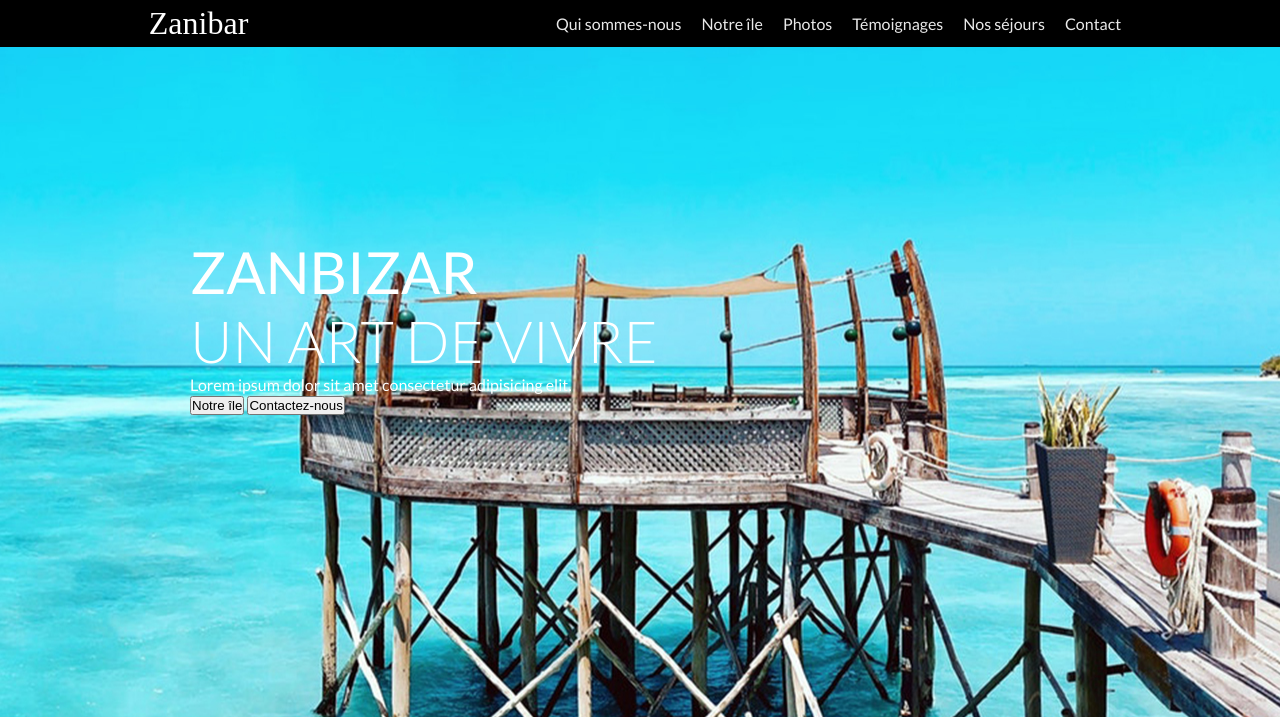
Repository: ypiard85/zanzibar
Page: index.html
These files come from the project's save history. The page is drawn as it stood at one moment and after the next save; the edit follows.
The browser window is 1280 px wide. The pictures show the whole page.
Some web fonts or font styles are not loaded; a fallback is used.

Above is the page before, as saved 2021-02-23 15:11:20.

### index.html
<!DOCTYPE html>
<html lang="en">
<head>
    <meta charset="UTF-8">
    <meta http-equiv="X-UA-Compatible" content="IE=edge">
    <meta name="viewport" content="width=device-width, initial-scale=1.0">
    <link rel="stylesheet" href="font/font.css">
    <link rel="stylesheet" href="./style.css">
    <link href="https://fonts.googleapis.com/css?family=Lato:300,400,700" rel="stylesheet">
    <link href="https://fonts.googleapis.com/css?family=Sanchez" rel="stylesheet">
    <title>Document</title>
</head>
<body>
    <div class="wrapper">
        <header role="header">
            <nav class="nav">
                <div class="nav_left">
                    <a href="">
                        Zanibar
                    </a>
                </div>
                <ul class="nav_link">
                    <li><a href="">Qui sommes-nous</a></li>
                    <li><a href="">Notre île</a></li>
                    <li><a href="">Photos</a></li>
                    <li><a href="">Témoignages</a></li>
                    <li><a href="">Nos séjours</a></li>
                    <li><a href="">Contact</a></li>
                </ul>
            </nav>
        </header>
        <section class="image_thumbnail">
            <div class="content_thumbnail">
                <p class="titlte_first">ZANBIZAR</p>
                <p class="title_second">UN ART DE VIVRE</p>
                <p>Lorem ipsum dolor sit amet consectetur adipisicing elit.</p>
                <button class="btn_plein">Notre île</button>
                <button class="btn_empty">Contactez-nous</button>
            </div>
        </section>
    </div>
</body>
</html>

### font/font.css
/*! Generated by Font Squirrel (https://www.fontsquirrel.com) on June 4, 2019 */



@font-face {
    font-family: 'warnesregular';
    src: url('warnes-regular-webfont.eot');
    src: url('warnes-regular-webfont.eot?#iefix') format('embedded-opentype'),
         url('warnes-regular-webfont.woff2') format('woff2'),
         url('warnes-regular-webfont.woff') format('woff'),
         url('warnes-regular-webfont.ttf') format('truetype'),
         url('warnes-regular-webfont.svg#warnesregular') format('svg');
    font-weight: normal;
    font-style: normal;

}

### style.css
:root{
    --font-family-title: "warnesregular";
    --guillemet-citation: "Sanchez", serif;
}

*{
    margin: 0;
    padding: 0;
    box-sizing: border-box;
    list-style: none;
    text-decoration: none;
}

html {
    background-color: #fff;
    font-family: "Lato", "Arial", sans-serif;
}


.nav{
    background: black;
    display: flex;
    justify-content: space-around;
    align-items: center;
    padding: 5px 0;
}

.nav *{
    color: #fff;
}

.nav_left a{
    font-family: var(--font-family-title);
    font-size: 32px;
}

.nav_link{
    display: flex;
}

.nav_link li a{
    color: rgb(233, 233, 233);
    margin: 0 10px;

}

.image_thumbnail{
    background-image: url('./header.jpg');
    filter: grayscale(10%);
    background-repeat: no-repeat;
    background-position: center right;
    height: 93vh;
}

.content_thumbnail{
    padding: 190px;
    color: #fff;
}

.content_thumbnail .titlte_first{
    font-size: 58px;
}

.content_thumbnail .title_second{
    font-size: 58px;
    font-weight: 100;
}

After the next save:
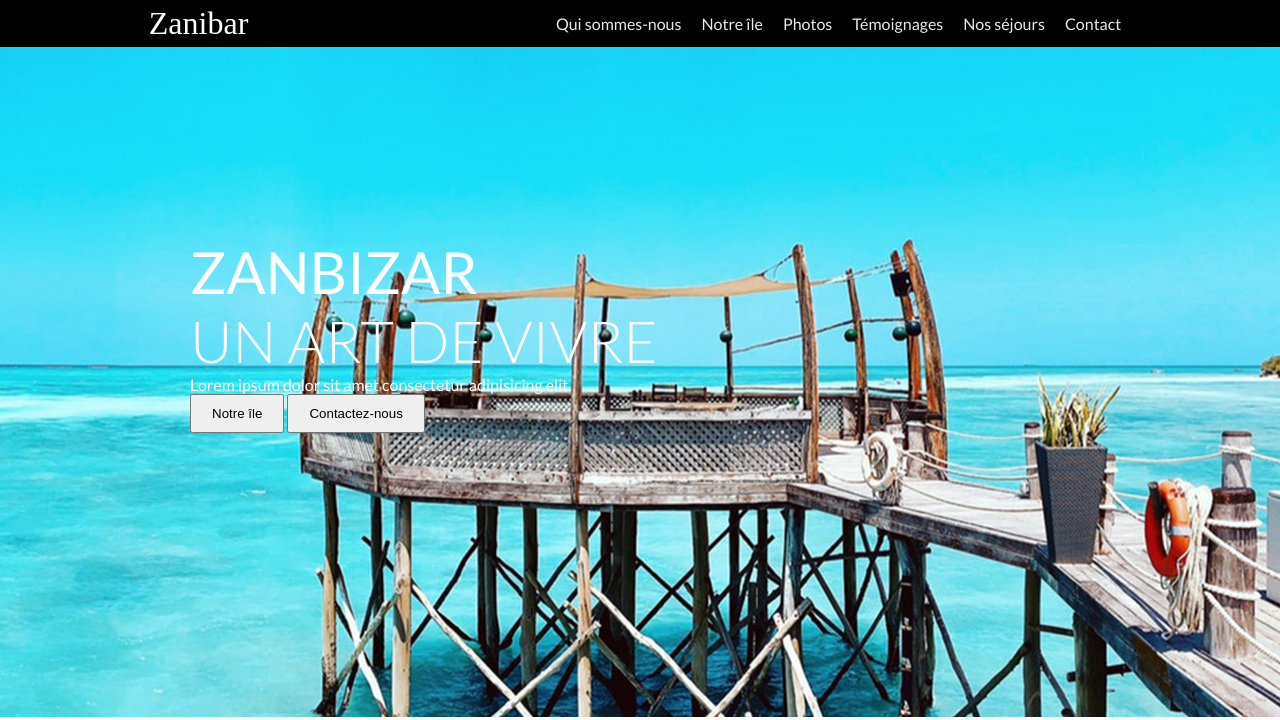
Saved 24 s later.
--- a/style.css
+++ b/style.css
@@ -65,3 +65,7 @@ html {
     font-size: 58px;
     font-weight: 100;
 }
+
+.content_thumbnail > button{
+    padding: 10px 20px;
+}
